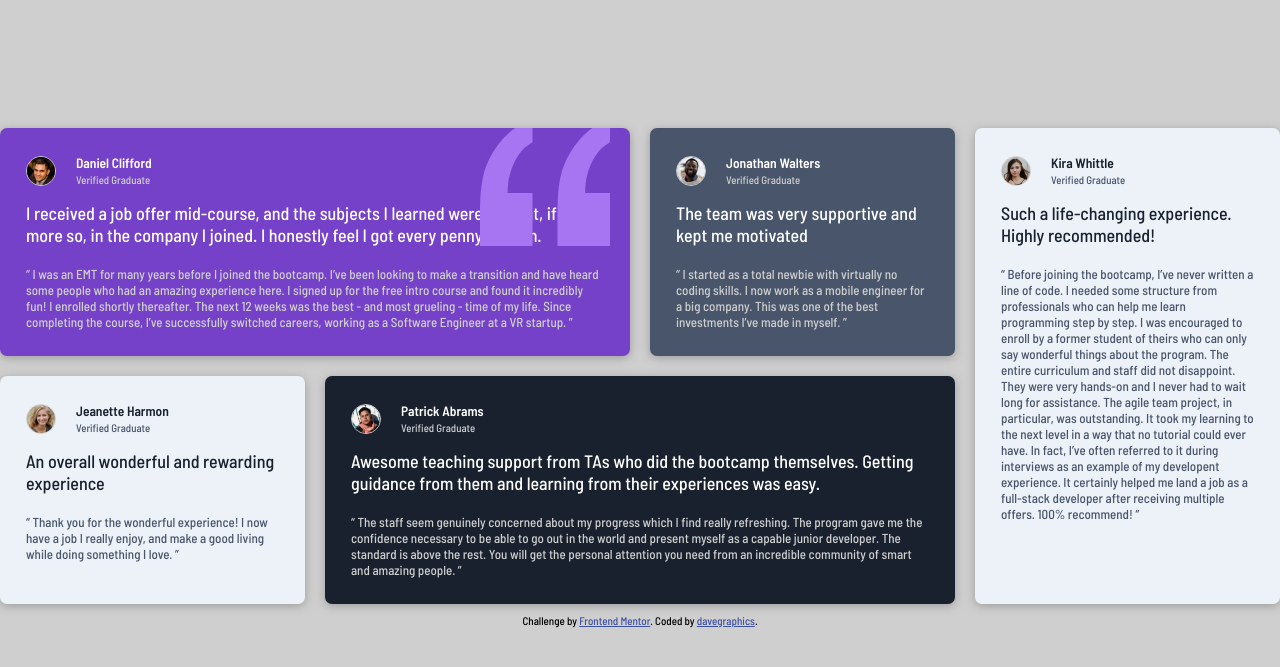
Repository: DejV44/testimonials_grid_section_main
Page: index.html
An editor plug-in stored every save of this project. The page is shown before and after the next save, followed by the edit.
The browser window is 1280 px wide. The pictures show the whole page.
The style sheet was rebuilt from its Sass, Less or Tailwind sources for each picture, by a compiler version that may differ from the author's.

Above is the page before, as saved 2021-07-15 21:16:03.

After the next save:
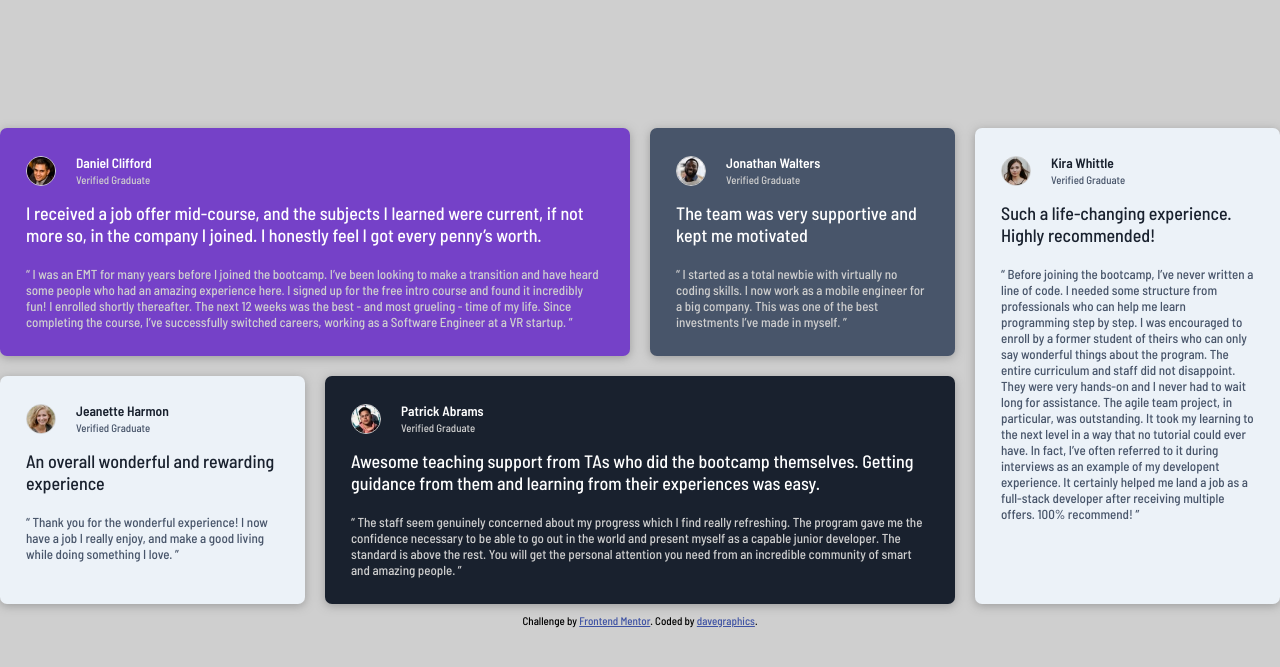
Saved 6 s later.
--- a/css/style.scss
+++ b/css/style.scss
@@ -37,7 +37,7 @@
             right: 20px;
             top: -10px;
             width: 130px;
-            z-index: 2;
+            z-index: -2;
 
 
         }

After the 2 saves that followed:
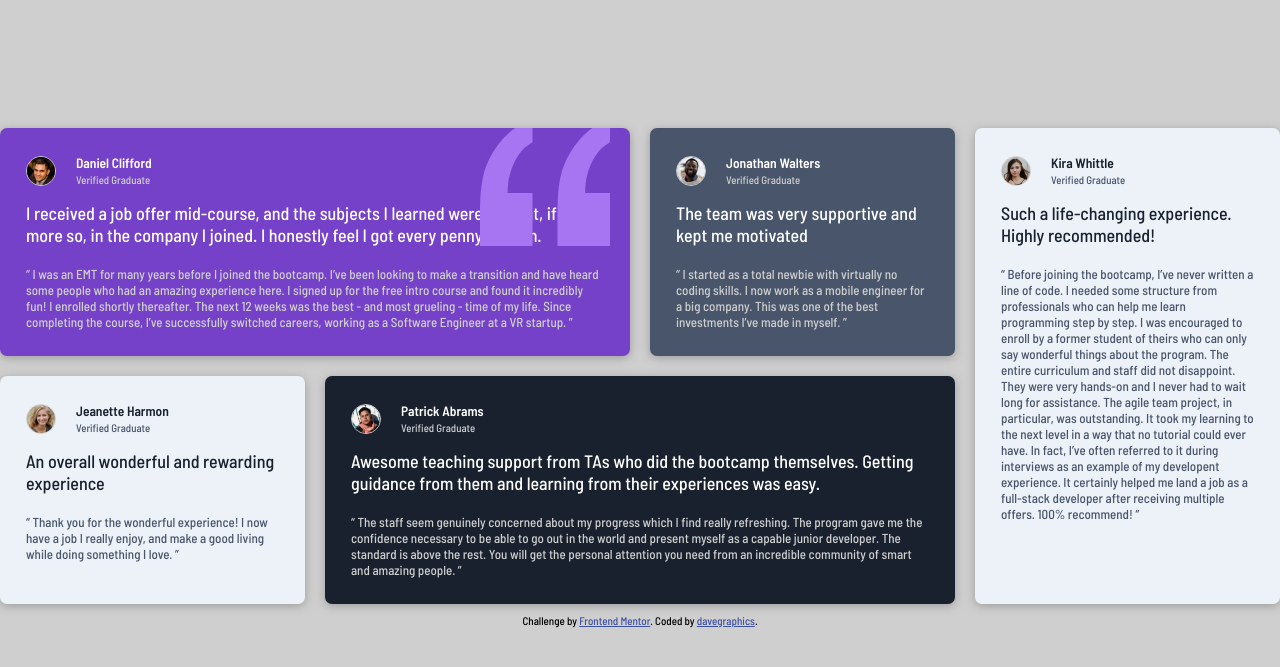
The 2 saves are shown as one change because 1 left the picture as it was.
The last was saved 8 s later.
--- a/css/style.scss
+++ b/css/style.scss
@@ -37,7 +37,7 @@
             right: 20px;
             top: -10px;
             width: 130px;
-            z-index: -2;
+            z-index: 1;
 
 
         }
